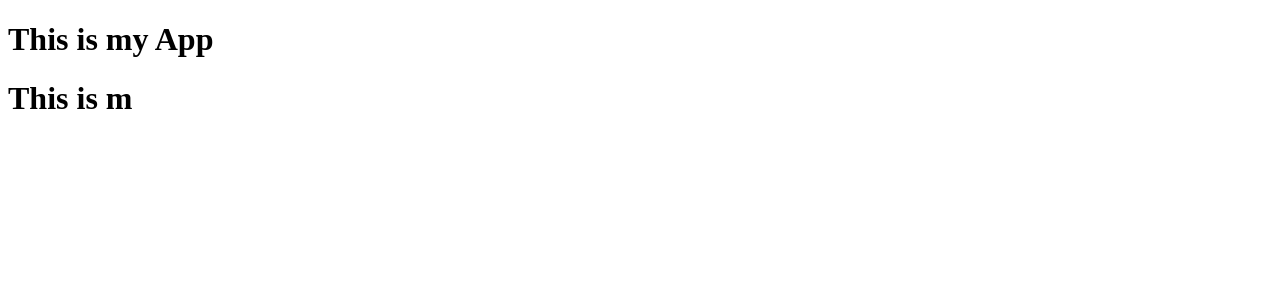
Repository: Diar001/myappsample
Page: index.html
These files come from the project's save history. The page is drawn as it stood at one moment and after the next save; the edit follows.
The browser window is 1280 px wide. The pictures show the whole page.

Above is the page before, as saved 2020-11-08 17:15:17.

After the next save:
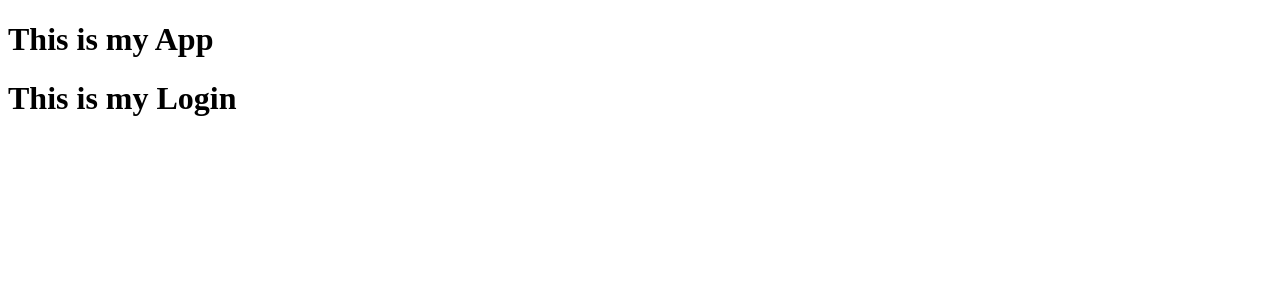
Saved 6 s later.
--- a/index.html
+++ b/index.html
@@ -9,6 +9,6 @@
 </head>
 <body>
     <h1>This is my App</h1>
-    <h1>This is m</h1>
+    <h1>This is my Login</h1>
 </body>
 </html>
